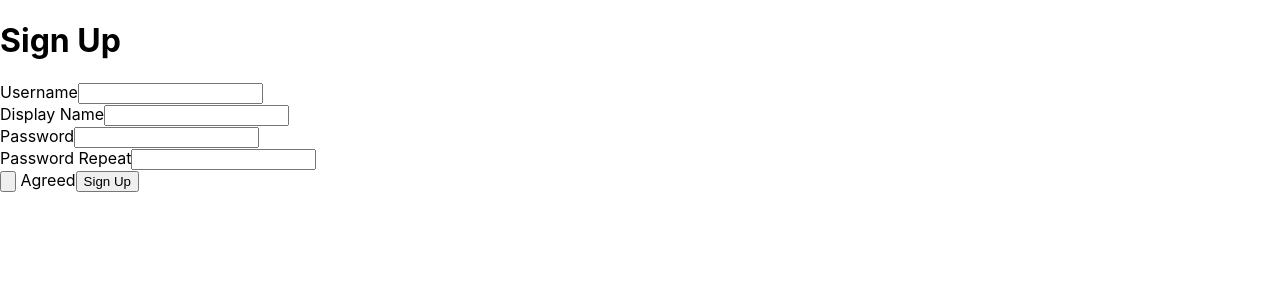
Repository: adnanyagmur/hoaxify-reactJs-frontend
Page: /
An editor plug-in stored every save of this project. The page is shown before and after the next save, followed by the edit.
The browser window is 1280 px wide. The pictures show the whole page.
The project was rebuilt for these pictures with package versions that can differ from the ones it lists, and the page was loaded fresh each time. Also part of the build but not shown: src/App.css, src/App.js.

Above is the page before, as saved 2022-09-01 12:00:19.

After the next save:
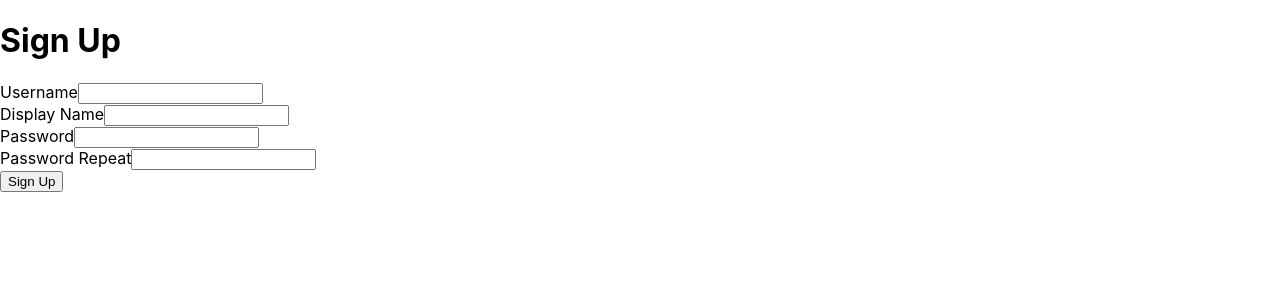
Saved 44 s later.
--- a/src/UserSignupPage.js
+++ b/src/UserSignupPage.js
@@ -33,7 +33,7 @@ class UserSignupPage extends React.Component {
                 <input type="Password"/>
                 </div>
                 <div>
-                <input type="button"/> Agreed
+                <checkbox></checkbox>
                 <button>Sign Up</button>
                 </div>
             </form>
